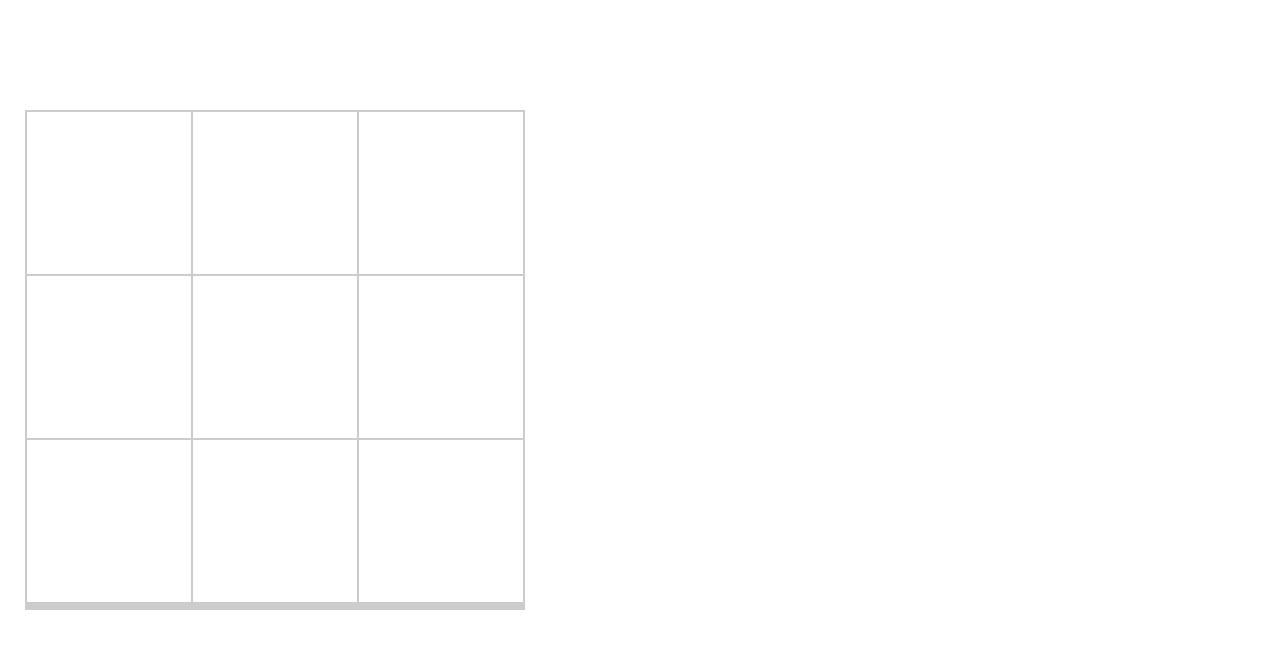
Repository: Nqvinh7603/TIC-TAC-TOE
Page: /
An editor plug-in stored every save of this project. The page is shown before and after the next save, followed by the edit.
The browser window is 1280 px wide. The pictures show the whole page.
The project was rebuilt for these pictures with package versions that can differ from the ones it lists, and the page was loaded fresh each time. Also part of the build but not shown: vite.config.js.

Above is the page before, as saved 2024-01-01 15:14:09.

After the next save:
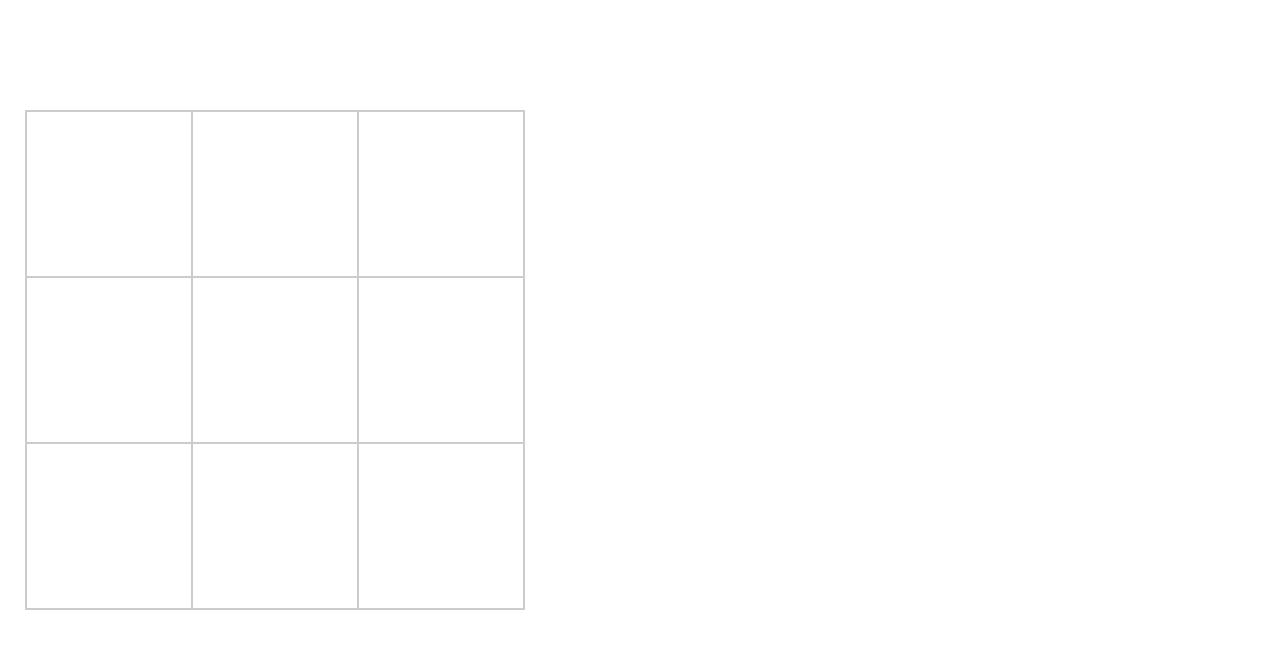
Saved 14 s later.
--- a/src/Board.jsx
+++ b/src/Board.jsx
@@ -8,15 +8,6 @@ const Board = () => {
         .map((item, index) => (
           <Cell></Cell>
         ))}
-      <Cell></Cell>
-      <Cell></Cell>
-      <Cell></Cell>
-      <Cell></Cell>
-      <Cell></Cell>
-      <Cell></Cell>
-      <Cell></Cell>
-      <Cell></Cell>
-      <Cell></Cell>
     </div>
   );
 };
